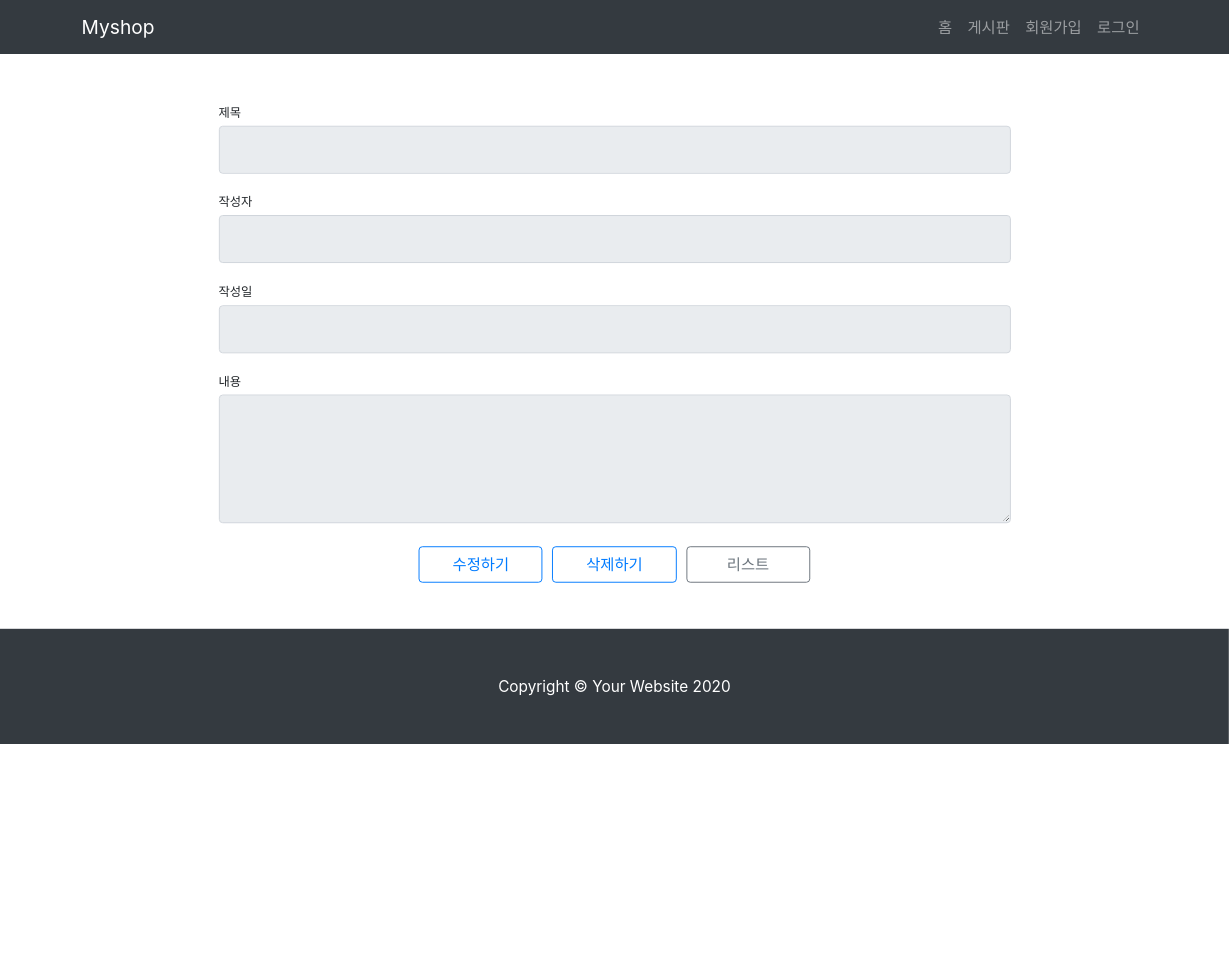
Repository: KimBiYam/ShoppingMallProject
Page: http://localhost/MyShop/WEB-INF/views/board/get.jsp
An editor plug-in stored every save of this project. The page is shown before and after the next save, followed by the edit.
The browser window is 1280 px wide. The pictures show the whole page, at 96% of full size.
The page is served by Tomcat 9. Nobody is signed in. Other server files are loaded and not shown. The template is opened directly, without the code that normally fills it, so the values that code supplies are empty.

Above is the page before, as saved 2020-04-18 08:52:48.

### MyShop/src/main/webapp/WEB-INF/views/board/get.jsp
<%@ page language="java" contentType="text/html; charset=UTF-8"
	pageEncoding="UTF-8"%>
<%@taglib prefix="c" uri="http://java.sun.com/jsp/jstl/core" %>
<%@taglib prefix="sec" uri="http://www.springframework.org/security/tags" %>
<%@taglib prefix="fmt" uri="http://java.sun.com/jsp/jstl/fmt" %>
<!DOCTYPE html>
<html lang="en">
<head>
	<meta charset="utf-8">
	<meta name="viewport" content="width=device-width, initial-scale=1, shrink-to-fit=no">
	<meta name="description" content="">
	<meta name="author" content="">

	<title>글쓰기</title>
</head>

<body>
<jsp:include page="../header.jsp"/>
  <!-- Page Content -->
	<div class="container">
		<div class="row justify-content-center">
			<div class="col-lg-9 my-5">
					<input type="hidden" name="type" value="${board.type }">
					<input type="hidden" name="bnum " value="${board.bnum }">
					<input type="hidden" name="${_csrf.parameterName }" value="${_csrf.token }">
					<div class="form-group">
						<label class="small mb-1" for="itle">제목</label> <input class="form-control py-4" name="title" id="title" type="text" value="${board.title }" readonly="readonly" />
					</div>
					<div class="form-group">
						<label class="small mb-1" for="userid">작성자</label> <input
							class="form-control py-4" name="writer" id="writer" type="text" value='${board.userid }' readonly="readonly" />
					</div>
					<div class="form-group">
						<label class="small mb-1" for="regdate">작성일</label> <input
							class="form-control py-4" name="regdate" id="regdate" type="text" value='<fmt:formatDate value="${board.regdate }" pattern="yyyy-MM-dd"/>' readonly="readonly" />
					</div>
					<div class="form-group">
						<label class="small mb-1" for="content">내용</label>
						<textarea class="form-control" rows="5" name="content" id="content" readonly="readonly">${board.content }</textarea>
					</div>
					<div class="form-group mt-4 mb-0">
						<div class="form-row justify-content-center">
							<div class="col-md-2">
								<button class="btn btn-outline-primary btn-block" id="btnWrite">수정하기</button>
							</div>
							<div class="col-md-2">
								<button class="btn btn-outline-primary btn-block" id="btnWrite">삭제하기</button>
							</div>
							<div class="col-md-2">
								<a class="btn btn-outline-secondary btn-block" href="/myshop/board/list?type=${board.type }">리스트</a>
							</div>
						</div>
					</div>
			</div>
		</div>

	</div>
	<!-- /.container -->
  <jsp:include page="../footer.jsp"></jsp:include>

</body>

</html>

### MyShop/src/main/webapp/WEB-INF/views/header.jsp
<%@ page language="java" contentType="text/html; charset=UTF-8"
    pageEncoding="UTF-8"%>
<%@taglib prefix="sec" uri="http://www.springframework.org/security/tags" %>
<%@taglib prefix="c" uri="http://java.sun.com/jsp/jstl/core" %>
<!DOCTYPE html>
	<!-- Bootstrap core CSS -->
	<link href="/myshop/resources/vendor/bootstrap/css/bootstrap.min.css" rel="stylesheet">
	<!-- Custom styles for this template -->
	<link href="/myshop/resources/css/shop-homepage.css" rel="stylesheet">
	<!-- Bootstrap core JavaScript -->
	<script src="/myshop/resources/vendor/jquery/jquery.min.js"></script>
	<script src="/myshop/resources/vendor/bootstrap/js/bootstrap.bundle.min.js"></script>
	<script src="https://t1.daumcdn.net/mapjsapi/bundle/postcode/prod/postcode.v2.js"></script>
	<script src="/myshop/resources/js/member.js"></script>

  <!-- Navigation -->
  <nav class="navbar navbar-expand-lg navbar-dark bg-dark fixed-top">
    <div class="container">
      <a class="navbar-brand" href="/myshop">Myshop</a>
      <button class="navbar-toggler" type="button" data-toggle="collapse" data-target="#navbarResponsive" aria-controls="navbarResponsive" aria-expanded="false" aria-label="Toggle navigation">
        <span class="navbar-toggler-icon"></span>
      </button>
      <div class="collapse navbar-collapse" id="navbarResponsive">
        <ul class="navbar-nav ml-auto">
          <li class="nav-item">
            <a class="nav-link" href="/myshop">홈
            </a>
          </li>
          <li class="nav-item">
            <a class="nav-link" href="#">게시판</a>
          </li>
          <sec:authorize access="isAnonymous()">
          <li class="nav-item">
            <a class="nav-link" href="javascript:join()">회원가입</a>
          </li>
          <li class="nav-item">
            <a class="nav-link" href="javascript:login()">로그인</a>
          </li>
          </sec:authorize>
          <sec:authorize access="isAuthenticated()">
          <li class="nav-item">
            <a class="nav-link" href="#">마이페이지</a>
          </li>
          <li class="nav-item">
          <form id="logoutForm" action="/myshop/logout" method="post">
          <input type="hidden" name="${_csrf.parameterName }" value="${_csrf.token }">
          </form>
            <a class="nav-link" href="javascript:logout()">로그아웃</a>
          </li>
          </sec:authorize>
        </ul>
      </div>
    </div>
  </nav>
<!-- #joinModal -->
<div class="modal fade" id="joinModal" tabindex="-1" role="dialog"
	aria-labelledby="myModalLabel" aria-hidden="true">
	<div class="modal-dialog">
		<div class="modal-content">
			<div class="modal-header justify-content-center font-weight-light my-4">
				<h3 class="modal-title" id="myModalLabel">회원가입</h3>
			</div>
			<div class="modal-body">
	            <form id="joinForm" action="/myshop/user/join" method="post">
	            <input type="hidden" name="${_csrf.parameterName }" value="${_csrf.token }">
	            <input type="hidden" name="addr" id="addr">
	            <input type="hidden" name="idcheck" id="idcheck" value="0">
	                <div class="form-group">
	              	  <label class="small mb-1" for="joinid">ID</label>
					  <div class="input-group">
	              	  	<input class="form-control input-group-prepend joinInput" name="userid" id="joinid" type="text" placeholder="아이디를 입력하세요" />
	               	 	<button type="button" id="idcheckBtn" class="btn btn-outline-info input-group-append">중복체크</button>
		              </div>
	                </div>
	                <div class="form-group">
		                <label class="small mb-1" for="joinpw">Password</label>
		                <input class="form-control joinInput" name="userpw" id="joinpw" type="password" placeholder="패스워드를 입력하세요" />
	                </div>
	                <div class="form-group">
		                <label class="small mb-1" for="userpw">Password 확인</label>
		                <input class="form-control joinInput" id="pwdcheck" type="password" placeholder="패스워드를 입력하세요" />
	                </div>
   	                <div class="form-group">
		                <label class="small mb-1" for="username">이름</label>
		                <input class="form-control joinInput" name="username" id="username" type="text" placeholder="이름을 입력하세요" />
	                </div>
	                <div class="form-group">
		                <label class="small mb-1" for="tel">전화번호</label>
		                <input class="form-control joinInput" name="tel" id="tel" type="tel" maxlength="13" placeholder="전화번호를 입력하세요" />
	                </div>
  	                <div class="form-group">
		                <label class="small mb-1" for="email">이메일</label>
		                <input class="form-control joinInput" name="email" id="email" type="email" placeholder="이메일을 입력하세요" />
	                </div>
					<div class="form-group">
						<label class="small mb-1">우편번호</label>
						<input class="form-control joinInput" style="width: 30%" type="text" name="zipcode" id="zipcode" readonly="readonly">
					</div>
					<div class="form-group">
						<label class="small mb-1">주소</label>
						<div class="input-group">
							<input class="form-control input-group-prepend joinInput" type="text" id="addrView" readonly="readonly">
							<button type="button" id="addrBtn" class="btn btn-outline-primary input-group-apeend">주소 검색</button>
						</div>
					</div>
  	                <div class="form-group">
		                <label class="small mb-1" for="addrDetail">상세주소</label>
		                <input class="form-control joinInput" name="addrDetail" id="addrDetail" type="text" placeholder="상세주소를 입력하세요" />
	                </div>
   	                <div class="form-group">
		                <label class="small mb-1" for="role">관리자 코드</label>
		                <input class="form-control joinInput" name="admincode" id="admincode" type="text" placeholder="관리자가 되려면 코드를 입력하세요" />
	                </div>
	                <div class="form-group mt-4 mb-0">
	                	<button type="button" class="btn btn-primary float-right" id="joinBtn">회원가입</button>
	                </div>
	            </form>
			</div>
		</div>
		<!-- /.modal-content -->
	</div>
	<!-- /.modal-dialog -->
</div>
<!-- /#joinModal -->
<!-- #loginModal -->
<div class="modal fade" id="loginModal" tabindex="-1" role="dialog"
	aria-labelledby="myModalLabel" aria-hidden="true">
	<div class="modal-dialog">
		<div class="modal-content">
			<div class="modal-header justify-content-center font-weight-light my-4">
				<h3 class="modal-title" id="myModalLabel">로그인</h3>
			</div>
			<div class="modal-body">
	            <form id="loginForm" action="/myshop/login" method="post">
	            <input type="hidden" name="${_csrf.parameterName }" value="${_csrf.token }">
	            <input type="hidden" name="idcheck" id="idcheck" value="0">
	                <div class="form-group">
	              	  <label class="small mb-1" for="userid">ID</label>
					  <div class="input-group">
	              	  	<input class="form-control input-group-prepend" name="username" id="loginid" type="text" placeholder="아이디를 입력하세요" />
		              </div>
	                </div>
	                <div class="form-group">
		                <label class="small mb-1" for="userpw">Password</label>
		                <input class="form-control" name="password" id="loginpw" type="password" placeholder="패스워드를 입력하세요" />
	                </div>
                	<div class="form-group">
                       <div class="custom-control custom-checkbox">
                       	<input class="custom-control-input" name="remember-me" id="remember-me" type="checkbox" />
                        <label class="custom-control-label" for="remember-me">자동 로그인</label>
                       </div>
              		</div>
	                <div class="form-group mt-4 mb-0">
	                	<button type="button" class="btn btn-primary float-right" id="loginBtn">로그인</button>
	                </div>
	                <c:if test="${not empty SPRING_SECURITY_LAST_EXCEPTION}">
					    <font color="red">
					        ${sessionScope["SPRING_SECURITY_LAST_EXCEPTION"].message}
					        <c:remove var="SPRING_SECURITY_LAST_EXCEPTION" scope="session"/>
					    </font>
					</c:if>
	            </form>
			</div>
		</div>
		<!-- /.modal-content -->
	</div>
	<!-- /.modal-dialog -->
</div>
<!-- /#loginModal -->

### MyShop/src/main/webapp/WEB-INF/views/footer.jsp
<%@ page language="java" contentType="text/html; charset=UTF-8"
    pageEncoding="UTF-8"%>
<!DOCTYPE html>
  <!-- Footer -->
  <footer class="py-5 bg-dark">
    <div class="container">
      <p class="m-0 text-center text-white">Copyright &copy; Your Website 2020</p>
    </div>
    <!-- /.container -->
  </footer>

### MyShop/src/main/webapp/resources/js/member.js
//회원가입 폼
function join() {
	$(".joinInput").val("");
	$("#joinModal").modal("show");
	$("#joinid").removeAttr("readonly");
	$("#idcheck").val("0");
}
//로그인 폼
function login() {
	$("#loginid").val("");
	$("#loginpw").val("");
	$("#loginModal").modal("show");
}
//로그아웃 버튼
function logout(){
	alert("로그아웃 되었습니다");
	$("#logoutForm").submit();
}

$(function() {
//	이메일 정규식
var regemail=/^[-A-Za-z0-9_]+[-A-Za-z0-9_.]*[@]{1}[-A-Za-z0-9_]+[-A-Za-z0-9_.]*[.]{1}[A-Za-z]{1,5}$/;
var regtel = /^(01[016789]{1}|02|0[3-9]{1}[0-9]{1})-?[0-9]{3,4}-?[0-9]{4}$/;

//	아이디 한글 입력 방지
	$("#joinid").on("blur keyup",function(){
		$(this).val($(this).val().replace(/[ㄱ-ㅎ|ㅏ-ㅣ|가-힣]/g,''));
	})
	$("#loginid").on("blur keyup",function(){
		$(this).val($(this).val().replace(/[ㄱ-ㅎ|ㅏ-ㅣ|가-힣]/g,''));
	})
//	전화번호 자동 하이픈
	$('#tel').keydown(function(event) {
	    var key = event.charCode || event.keyCode || 0;
	    $text = $(this);
	    if (key !== 8 && key !== 9) {
	        if ($text.val().length === 3) {
	            $text.val($text.val() + '-');
	        }
	        if ($text.val().length === 8) {
	            $text.val($text.val() + '-');
	        }
	    }

	    return (key == 8 || key == 9 || key == 46 || (key >= 48 && key <= 57) || (key >= 96 && key <= 105));
	});

//	이름 한글만 입력
	$("#username").on("blur keyup",function(){
		$(this).val($(this).val().replace(/[a-z0-9]|[ \[\]{}()<>?|`~!@#$%^&*-_+=,.;:\"'\\]/g,''));
	})

	// 회원가입
	$("#joinBtn").on("click", function() {
		if ($("#joinnid").val() == "") {
			alert("아이디를 입력하세요");
			$("#joinnid").focus();
			return false;
		}
		if ($("#joinpw").val() == "") {
			alert("패스워드를 입력하세요");
			$("#joinpw").focus();
			return false;
		}
		if ($("#pwdcheck").val() == "") {
			alert("패스워드 확인을 입력하세요");
			$("#pwdcheck").focus();
			return false;
		}
		if ($("#username").val() == "") {
			alert("이름을 입력하세요");
			$("#username").focus();
			return false;
		}
		if ($("#tel").val() == "") {
			alert("전화번호를 입력하세요");
			$("#tel").focus();
			return false;
		}
		if ($("#email").val() == "") {
			alert("이메일을 입력하세요");
			$("#email").focus();
			return false;
		}
		if ($("#addrView").val() == "") {
			alert("주소를 검색하세요");
			return false;
		}
		if ($("#addrDetail").val() == "") {
			alert("상세주소를 입력하세요");
			$("#addrDetail").focus();
			return false;
		}

		if ($("#idcheck").val() == "0") {
			alert("아이디 중복체크를 하세요");
			return false;
		}
		if ($("#joinpw").val() != $("#pwdcheck").val()) {
			alert("패스워드가 틀렸습니다");
			$("#joinpw").val("");
			$("#pwdcheck").val("");
			$("#joinpw").focus();
			return false;
		}
		if(!regtel.exec($("#tel").val())){
			alert("전화번호 양식이 틀렸습니다");
			$("#tel").val("");
			$("#tel").focus();
			return false;
		}
		if(!regemail.exec($("#email").val())){
			alert("이메일 양식이 틀렸습니다");
			$("#email").val("");
			$("#email").focus();
			return false;
		}

		var addr = $("#addrView").val() + " " + $("#addrDetail").val();
		$("#addr").val(addr);

		$("#joinForm").submit();
		alert("회원가입이 완료 되었습니다!");
	});

	$("#idcheckBtn").click(function() {
		if ($("#joinid").val() == "") {
			alert("ID를 입력해주세요");
			$("#registerid").focus();
			return false;
		}
		if ($("#idcheck").val() == "1") {
			$("#joinid").removeAttr("readonly");
			$("#joinid").val("");
			$("#idcheck").val("0");
			return false;
		}
		$.get("/myshop/user/idcheck", {
			"userid" : $("#joinid").val()
		}, function(data) {
			if (data == "no"){
				alert("이미 가입된 아이디 입니다");
				$("#joinid").val("");
				$("#joinid").focus();
			}
			if (data == "yes") {
				alert("사용 가능한 아이디 입니다");
				$("#joinid").attr("readonly", "readonly");
				$("#idcheck").val("1");
			}


		})
	});

	// 카카오 주소 API 팝업
	$("#addrBtn").on(
			"click",
			function() {
				new daum.Postcode(
						{
							oncomplete : function(data) {
								// 팝업에서 검색결과 항목을 클릭했을때 실행할 코드를 작성하는 부분.

								// 각 주소의 노출 규칙에 따라 주소를 조합한다.
								// 내려오는 변수가 값이 없는 경우엔 공백('')값을 가지므로, 이를 참고하여 분기
								// 한다.
								var addr = ''; // 주소 변수
								var extraAddr = ''; // 참고항목 변수

								// 사용자가 선택한 주소 타입에 따라 해당 주소 값을 가져온다.
								if (data.userSelectedType === 'R') { // 사용자가
																		// 도로명
																		// 주소를
																		// 선택했을
																		// 경우
									addr = data.roadAddress;
								} else { // 사용자가 지번 주소를 선택했을 경우(J)
									addr = data.jibunAddress;
								}

								// 사용자가 선택한 주소가 도로명 타입일때 참고항목을 조합한다.
								if (data.userSelectedType === 'R') {
									// 법정동명이 있을 경우 추가한다. (법정리는 제외)
									// 법정동의 경우 마지막 문자가 "동/로/가"로 끝난다.
									if (data.bname !== ''
											&& /[동|로|가]$/g.test(data.bname)) {
										extraAddr += data.bname;
									}
									// 건물명이 있고, 공동주택일 경우 추가한다.
									if (data.buildingName !== ''
											&& data.apartment === 'Y') {
										extraAddr += (extraAddr !== '' ? ', '
												+ data.buildingName
												: data.buildingName);
									}
									// 표시할 참고항목이 있을 경우, 괄호까지 추가한 최종 문자열을 만든다.
									if (extraAddr !== '') {
										extraAddr = ' (' + extraAddr + ')';
									}
									// 조합된 참고항목을 해당 필드에 넣는다.
									// document.getElementById("sample6_extraAddress").value
									// = extraAddr;

								} else {
									// document.getElementById("sample6_extraAddress").value
									// = '';
								}

								// 우편번호와 주소 정보를 해당 필드에 넣는다.
								$("#zipcode").val(data.zonecode);
								$("#addrView").val(addr);
								// 커서를 상세주소 필드로 이동한다.
								$("#addrDetail").focus();
							}
						}).open();
			});

	// 로그인
	$("#loginBtn").on("click", function() {
		if ($("#loginid").val() == "") {
			alert("아이디를 입력하세요");
			$("#loginid").focus();
			return false;
		}
		if ($("#loginpw").val() == "") {
			alert("패스워드를 입력하세요");
			$("#loginpw").focus();
			return false;
		}
		$("#loginForm").submit();
	});

})

Loaded but not shown: MyShop/src/main/webapp/resources/css/shop-homepage.css (common file)

After the next save:
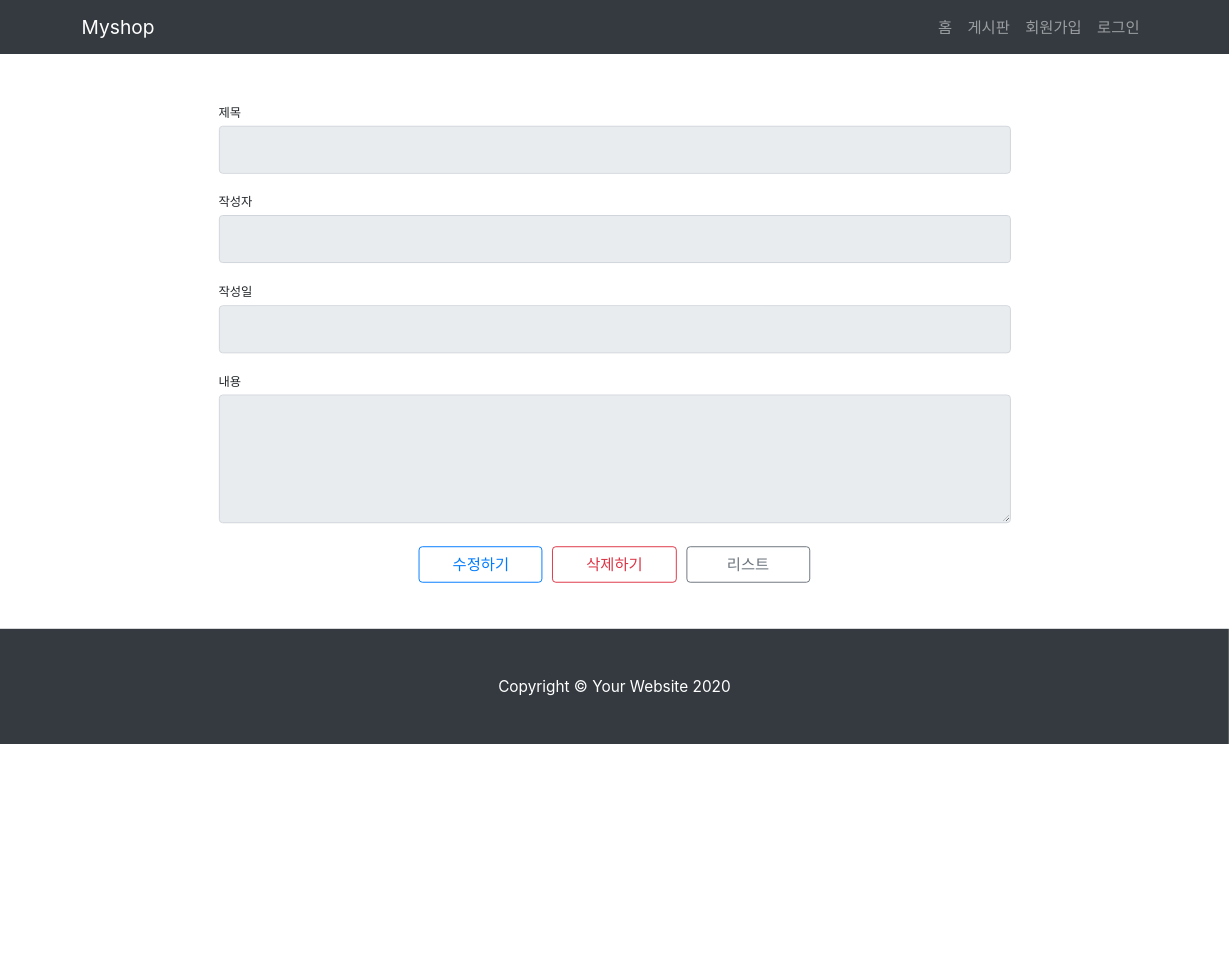
Saved 7 s later.
--- a/MyShop/src/main/webapp/WEB-INF/views/board/get.jsp
+++ b/MyShop/src/main/webapp/WEB-INF/views/board/get.jsp
@@ -44,7 +44,7 @@
 								<button class="btn btn-outline-primary btn-block" id="btnWrite">수정하기</button>
 							</div>
 							<div class="col-md-2">
-								<button class="btn btn-outline-primary btn-block" id="btnWrite">삭제하기</button>
+								<button class="btn btn-outline-danger btn-block" id="btnWrite">삭제하기</button>
 							</div>
 							<div class="col-md-2">
 								<a class="btn btn-outline-secondary btn-block" href="/myshop/board/list?type=${board.type }">리스트</a>
